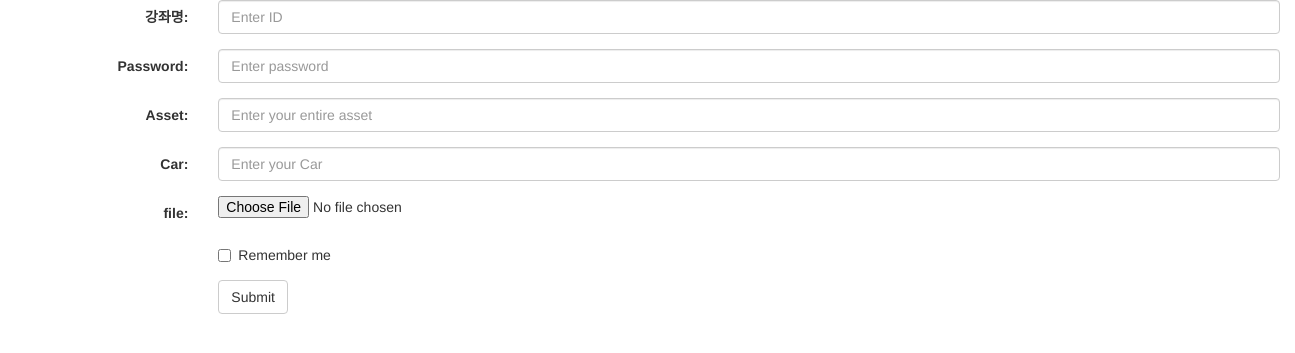
Repository: akacanet87/4pweather_final
Page: http://localhost/MinSsaem/lecture/registlecture.jsp
An editor plug-in stored every save of this project. The page is shown before and after the next save, followed by the edit.
The browser window is 1280 px wide. The page is 1295 px wide, so the pictures cover 1295 px, including what lies to the right of the window. The pictures show the whole page.
The page is served by Tomcat 9.

Above is the page before, as saved 2016-10-30 19:07:15.

After the next save:
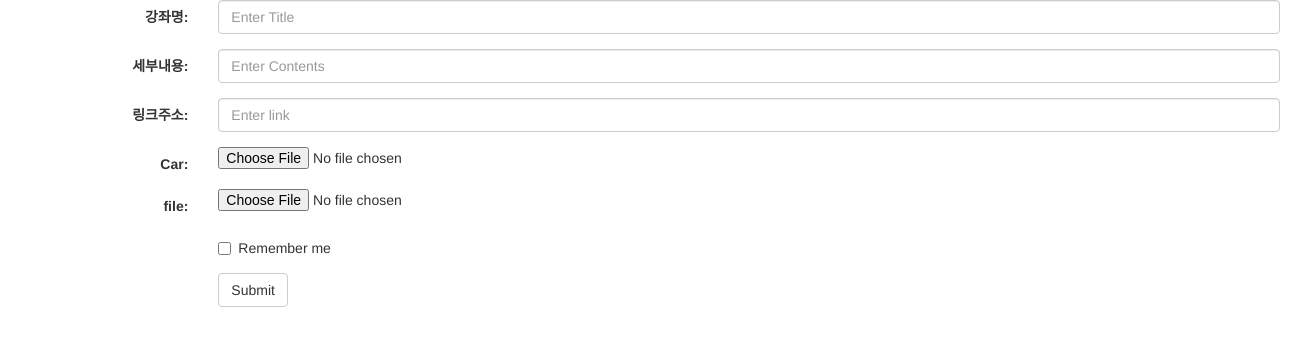
Saved 2 min 33 s later.
--- a/MinSsaem/WebContent/lecture/registlecture.jsp
+++ b/MinSsaem/WebContent/lecture/registlecture.jsp
@@ -26,38 +26,38 @@
 		<div class="form-group">
 			<label class="control-label col-sm-2" for="title">강좌명:</label>
 			<div class="col-sm-10">
-				<input type="id" class="form-control" id="id" name="id"
-					placeholder="Enter ID">
+				<input type="title" class="form-control" id="title" name="title"
+					placeholder="Enter Title">
 			</div>
 		</div>
 		<div class="form-group">
-			<label class="control-label col-sm-2" for="pwd">Password:</label>
+			<label class="control-label col-sm-2" for="content">세부내용:</label>
 			<div class="col-sm-10">
-				<input type="password" class="form-control" id="pwd" name="password"
-					placeholder="Enter password">
+				<input type="content" class="form-control" id="content" name="content"
+					placeholder="Enter Contents">
 			</div>
 		</div>
 
 		<div class="form-group">
-			<label class="control-label col-sm-2" for="money">Asset:</label>
+			<label class="control-label col-sm-2" for="link">링크주소:</label>
 			<div class="col-sm-10">
-				<input type="money" class="form-control" id="money" name="money"
-					placeholder="Enter your entire asset">
+				<input type="link" class="form-control" id="link" name="link"
+					placeholder="Enter link">
 			</div>
 		</div>
 
 		<div class="form-group">
-			<label class="control-label col-sm-2" for="car">Car:</label>
+			<label class="control-label col-sm-2" for="homework">Car:</label>
 			<div class="col-sm-10">
-				<input type="car" class="form-control" id="car" name="car"
-					placeholder="Enter your Car">
+				<input type="file"  id="homework" name="homework"
+					placeholder="Enter homework">
 			</div>
 		</div>
 
 		<div class="form-group">
-			<label class="control-label col-sm-2" for="file">file:</label>
+			<label class="control-label col-sm-2" for="lecturefile">file:</label>
 			<div class="col-sm-10">
-				<input type="file" id="file" name="myFile" placeholder="Regist File">
+				<input type="file" id="lecturefile" name="lecturefile" placeholder="Regist File">
 			</div>
 		</div>
 
